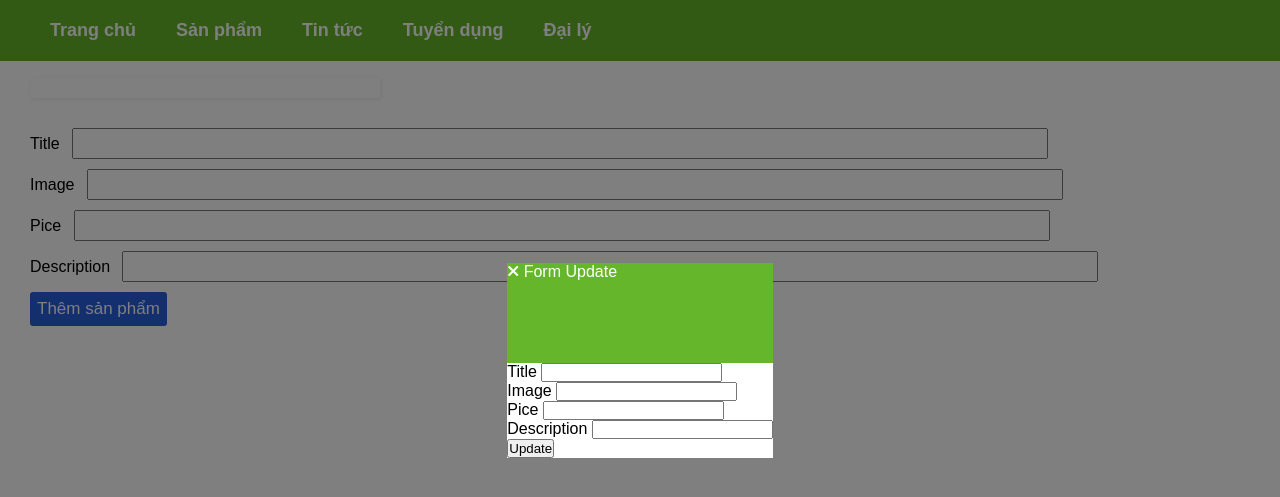
Repository: Ngoc28/CURD_HTML-CSS_JS_JSON
Page: index.html
These files come from the project's save history. The page is drawn as it stood at one moment and after the next save; the edit follows.
The browser window is 1280 px wide. The pictures show the whole page.
The page's requests for data from a server got no answer.

Above is the page before, as saved 2023-04-11 09:38:58.

After the next save:
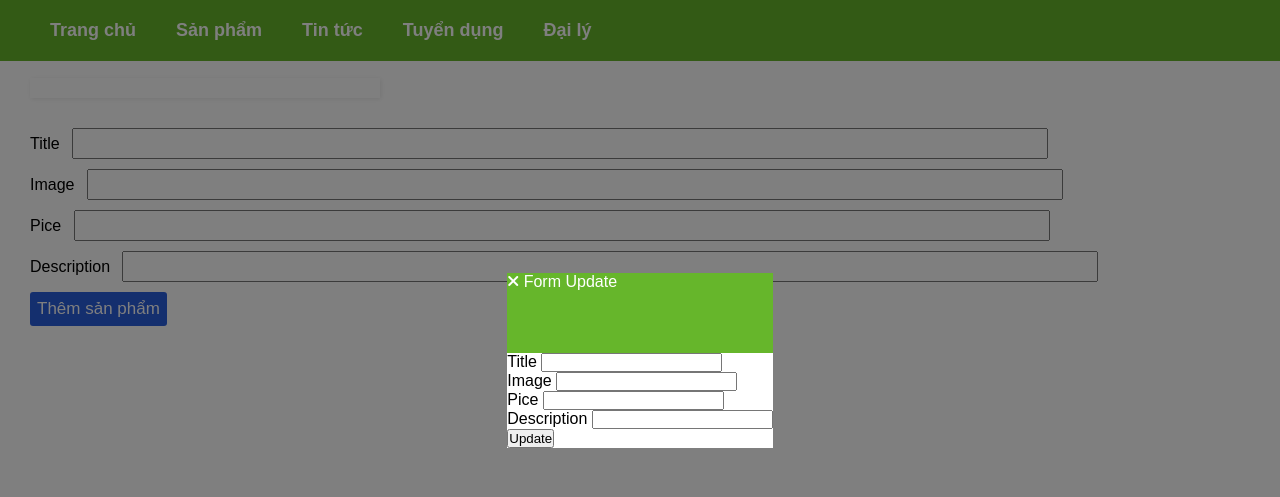
Saved 10 s later.
--- a/asset/css/style.css
+++ b/asset/css/style.css
@@ -191,5 +191,5 @@ body {
 .modal header {
     background-color: #66b62b;
     color: #fff;
-    height: 100px;
+    height: 80px;
 }
